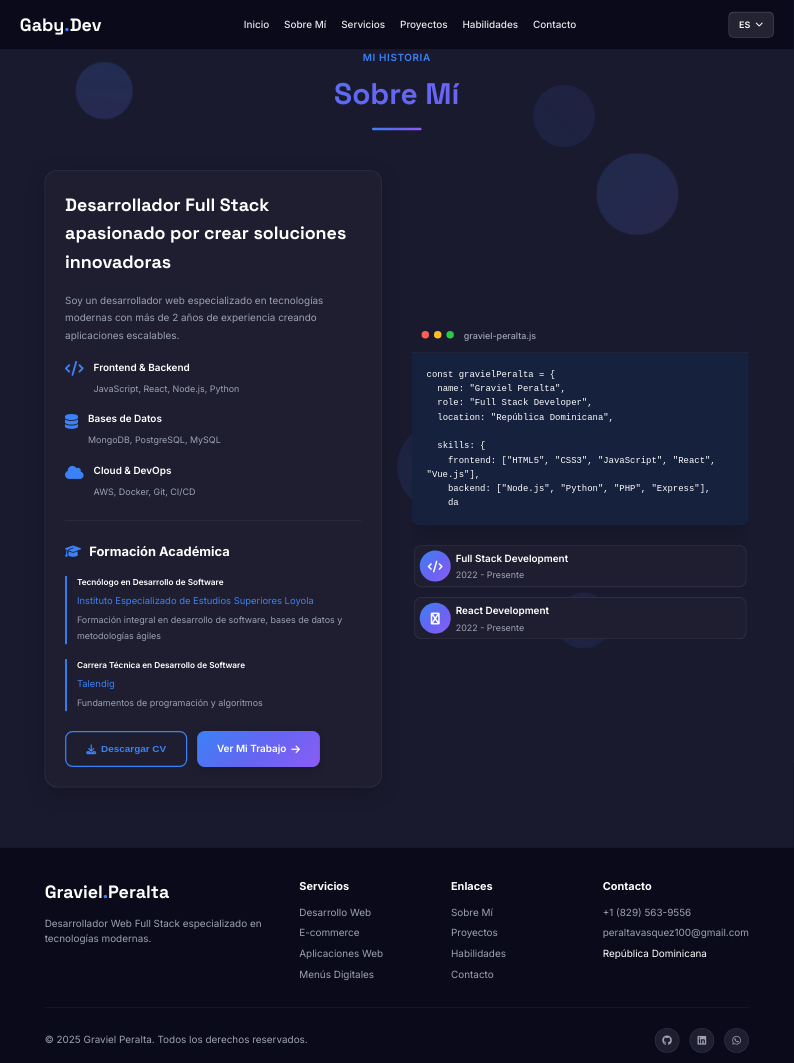
Repository: GravielPV/Portafolio--GabyDev
Page: about.html
The author's editor kept a copy of each file at every save. The page is drawn from the files as they stood at one save, then again after the next save.
The browser window is 1280 px wide. The pictures show the whole page, at 62% of full size.

Above is the page before, as saved 2025-10-04 22:41:32.

After the next save:
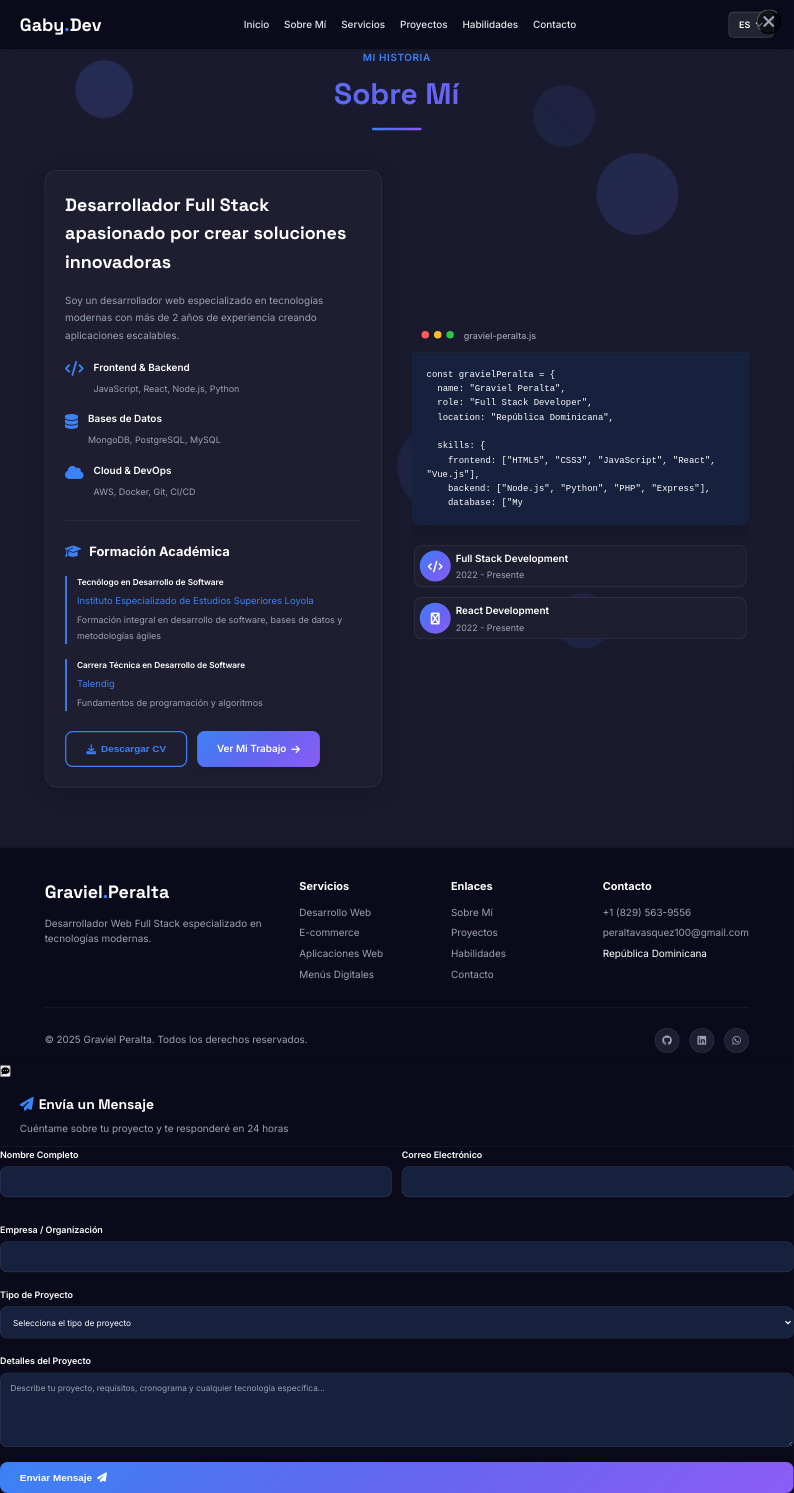
Saved 3 min 32 s later.
--- a/about.html
+++ b/about.html
@@ -288,6 +288,77 @@
         <i class="fas fa-chevron-up"></i>
     </button>
 
+    <!-- Floating Contact Button -->
+    <button id="floatingContact" class="floating-contact-btn" aria-label="Contáctame">
+        <i class="fas fa-comment-dots"></i>
+    </button>
+
+    <!-- Contact Modal -->
+    <div id="contactModal" class="contact-modal">
+        <div class="contact-modal-content">
+            <button class="modal-close" id="closeContactModal" aria-label="Cerrar">
+                <i class="fas fa-times"></i>
+            </button>
+
+            <div class="modal-header">
+                <h3><i class="fas fa-paper-plane" style="margin-right: 0.5rem; color: var(--primary-color);"></i>Envía un Mensaje</h3>
+                <p style="color: var(--text-muted); margin-top: 0.5rem;">Cuéntame sobre tu proyecto y te responderé en 24 horas</p>
+            </div>
+
+            <div class="modal-body">
+                <form action="https://formsubmit.co/peraltavasquez100@gmail.com" method="POST" style="display: flex; flex-direction: column; gap: 1.5rem;">
+                    <!-- FormSubmit Configuration -->
+                    <input type="hidden" name="_subject" value="🚀 Nuevo Contacto desde Portfolio - Graviel Peralta">
+                    <input type="hidden" name="_captcha" value="false">
+                    <input type="hidden" name="_template" value="box">
+                    <input type="hidden" name="_next" value="https://gravielpv.github.io/Portafolio--GabyDev-main/gracias.html">
+                    <input type="hidden" name="_autoresponse" value="¡Gracias por contactarme! He recibido tu mensaje y te responderé en menos de 24 horas. - Graviel Peralta">
+
+                    <div class="form-row" style="display: grid; grid-template-columns: 1fr 1fr; gap: 1rem;">
+                        <div class="form-group">
+                            <label for="modal-name">Nombre Completo</label>
+                            <input type="text" id="modal-name" name="name" required>
+                        </div>
+
+                        <div class="form-group">
+                            <label for="modal-email">Correo Electrónico</label>
+                            <input type="email" id="modal-email" name="email" required>
+                        </div>
+                    </div>
+
+                    <div class="form-group">
+                        <label for="modal-company">Empresa / Organización</label>
+                        <input type="text" id="modal-company" name="company">
+                    </div>
+
+                    <div class="form-group">
+                        <label for="modal-subject">Tipo de Proyecto</label>
+                        <select id="modal-subject" name="subject" required>
+                            <option value="">Selecciona el tipo de proyecto</option>
+                            <option value="💼 Oportunidad Laboral Full-Time">Oportunidad Laboral</option>
+                            <option value="🌐 Desarrollo Web">Desarrollo Web</option>
+                            <option value="⚡ Aplicación Full-Stack">Aplicación Full-Stack</option>
+                            <option value="🎨 Desarrollo Frontend">Desarrollo Frontend</option>
+                            <option value="🔧 Desarrollo Backend y APIs">Desarrollo Backend y APIs</option>
+                            <option value="💡 Consulta Técnica">Consulta Técnica</option>
+                            <option value="📝 Otro">Otro</option>
+                        </select>
+                    </div>
+
+                    <div class="form-group">
+                        <label for="modal-message">Detalles del Proyecto</label>
+                        <textarea id="modal-message" name="message" rows="5" placeholder="Describe tu proyecto, requisitos, cronograma y cualquier tecnología específica..." required></textarea>
+                    </div>
+
+                    <button type="submit" class="btn btn-primary" style="width: 100%;">
+                        <span>Enviar Mensaje</span>
+                        <i class="fas fa-paper-plane"></i>
+                    </button>
+                </form>
+            </div>
+        </div>
+    </div>
+
     <!-- Scripts -->
     <script src="https://unpkg.com/aos@2.3.1/dist/aos.js"></script>
     <script src="js/script.js"></script>
